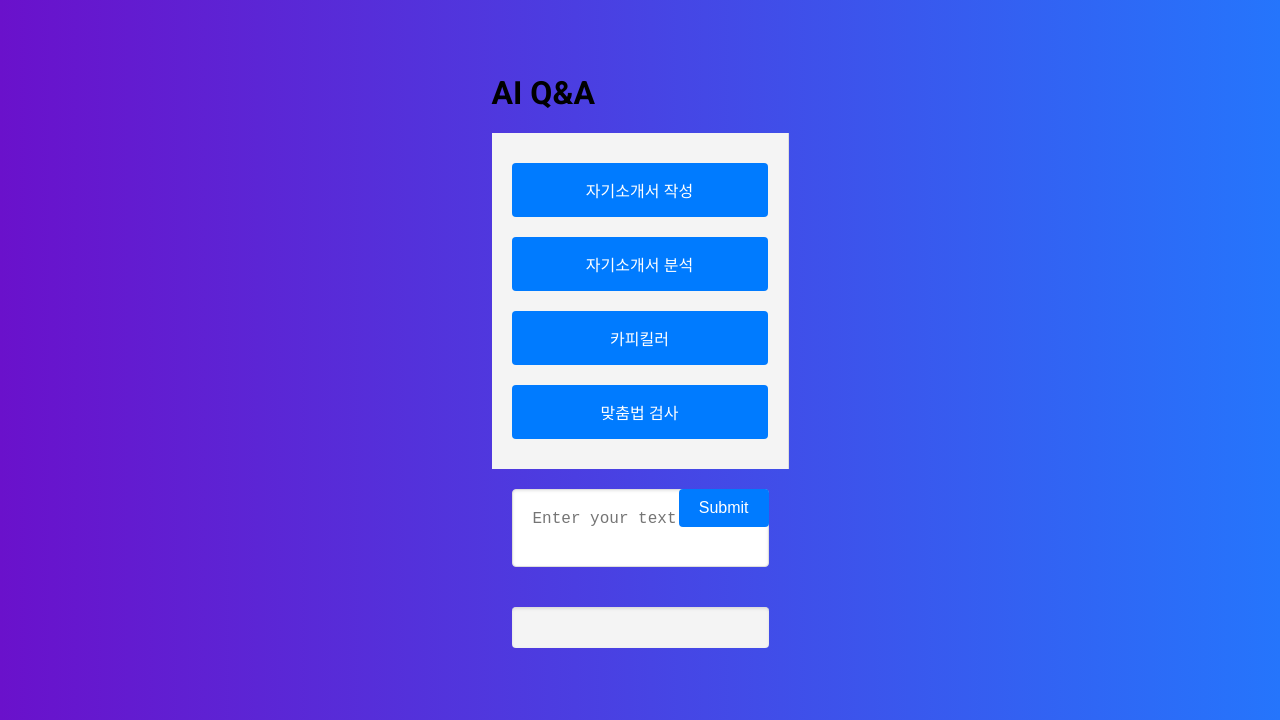
Repository: Choi9912/Flask_IntroduceGPT
Page: http://localhost/
The author's editor kept a copy of each file at every save. The page is drawn from the files as they stood at one save, then again after the next save.
The browser window is 1280 px wide. The pictures show the whole page.
The page is served by the project's application, run on Flask 3 (app.py).

Above is the page before, as saved 2024-07-30 12:18:03.

After the next save:
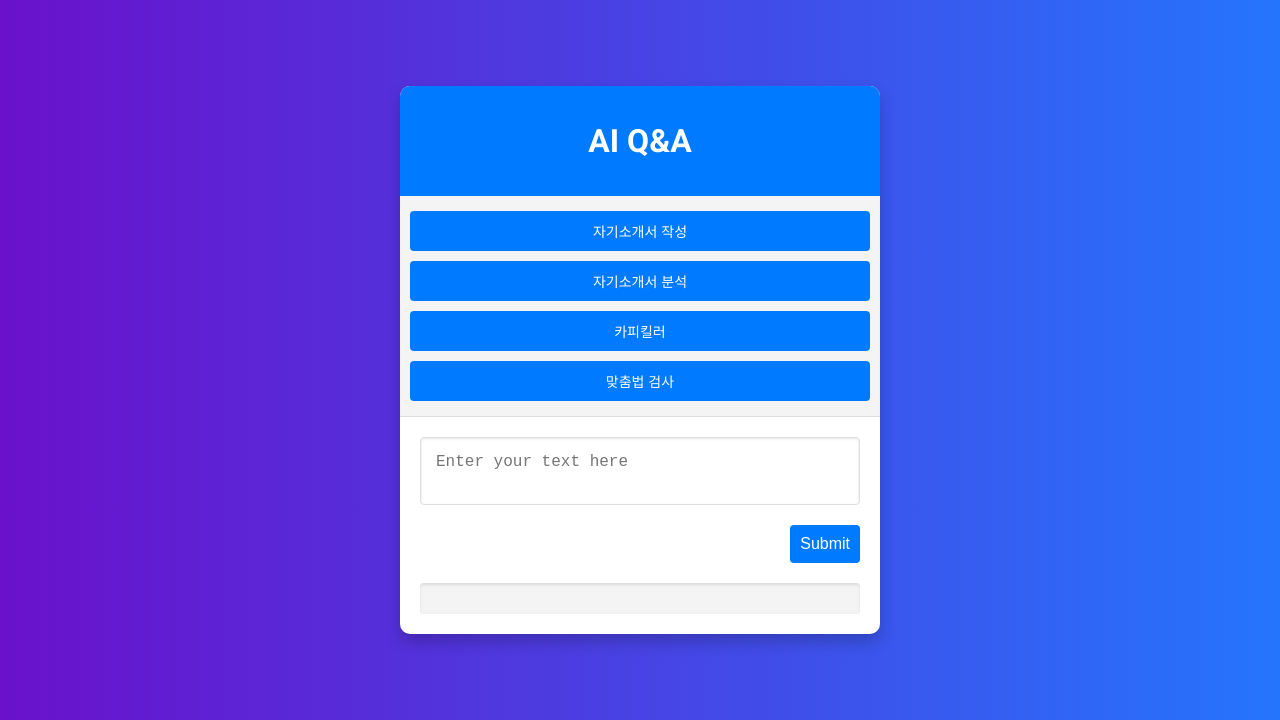
Saved 27 s later.
--- a/static/style.css
+++ b/static/style.css
@@ -1,43 +1,50 @@
 body {
+    margin: 0;
+    font-family: 'Roboto', sans-serif;
+    background: linear-gradient(to right, #6a11cb, #2575fc);
     display: flex;
     justify-content: center;
     align-items: center;
-    height: 100vh;
-    margin: 0;
-    font-family: 'Roboto', sans-serif;
-    background: linear-gradient(to right, #6a11cb, #2575fc);
+    min-height: 100vh;
 }
 
-.container {
+.app-container {
     display: flex;
+    flex-direction: column;
+    width: 100%;
+    max-width: 480px;
     border-radius: 10px;
     box-shadow: 0 8px 16px rgba(0, 0, 0, 0.2);
-    width: 80%;
-    height: 80%;
     background-color: #ffffff;
     overflow: hidden;
     animation: fadeIn 1s ease-in-out;
 }
 
+.header {
+    background-color: #007bff;
+    color: #ffffff;
+    text-align: center;
+    padding: 15px;
+}
+
 .sidebar {
     display: flex;
     flex-direction: column;
-    justify-content: space-around;
-    padding: 20px;
+    padding: 10px;
     background-color: #f4f4f4;
-    border-right: 1px solid #ddd;
+    border-bottom: 1px solid #ddd;
     animation: slideIn 0.5s ease-in-out;
 }
 
 .sidebar-btn {
-    padding: 15px;
-    margin: 10px 0;
+    padding: 10px;
+    margin: 5px 0;
     border: none;
     border-radius: 4px;
     background-color: #007bff;
     color: #ffffff;
     cursor: pointer;
-    font-size: 16px;
+    font-size: 14px;
     transition: background-color 0.3s, box-shadow 0.3s, transform 0.3s;
 }
 
@@ -48,18 +55,17 @@ body {
 }
 
 .content {
-    flex: 1;
-    display: flex;
-    flex-direction: column;
     padding: 20px;
     position: relative;
     animation: fadeIn 1s ease-in-out;
+    display: flex;
+    flex-direction: column;
 }
 
 #inputArea {
     flex: 1;
     margin-bottom: 20px;
-    padding: 20px;
+    padding: 15px;
     font-size: 16px;
     border: 1px solid #ddd;
     border-radius: 4px;
@@ -74,10 +80,7 @@ body {
 }
 
 .submit-btn {
-    position: absolute;
-    top: 20px;
-    right: 20px;
-    padding: 10px 20px;
+    padding: 10px;
     cursor: pointer;
     background-color: #007bff;
     color: #fff;
@@ -85,6 +88,7 @@ body {
     border-radius: 4px;
     font-size: 16px;
     transition: background-color 0.3s, box-shadow 0.3s, transform 0.3s;
+    align-self: flex-end;
 }
 
 .submit-btn:hover {
@@ -94,11 +98,9 @@ body {
 }
 
 #output {
-    flex: 2;
     margin-top: 20px;
     border-top: 1px solid #ddd;
-    padding: 20px;
-    overflow-y: auto;
+    padding: 15px;
     background-color: #f4f4f4;
     border-radius: 4px;
     box-shadow: inset 0 1px 3px rgba(0, 0, 0, 0.1);
@@ -112,6 +114,6 @@ body {
 }
 
 @keyframes slideIn {
-    from { transform: translateX(-100%); }
-    to { transform: translateX(0); }
+    from { transform: translateY(-100%); }
+    to { transform: translateY(0); }
 }
